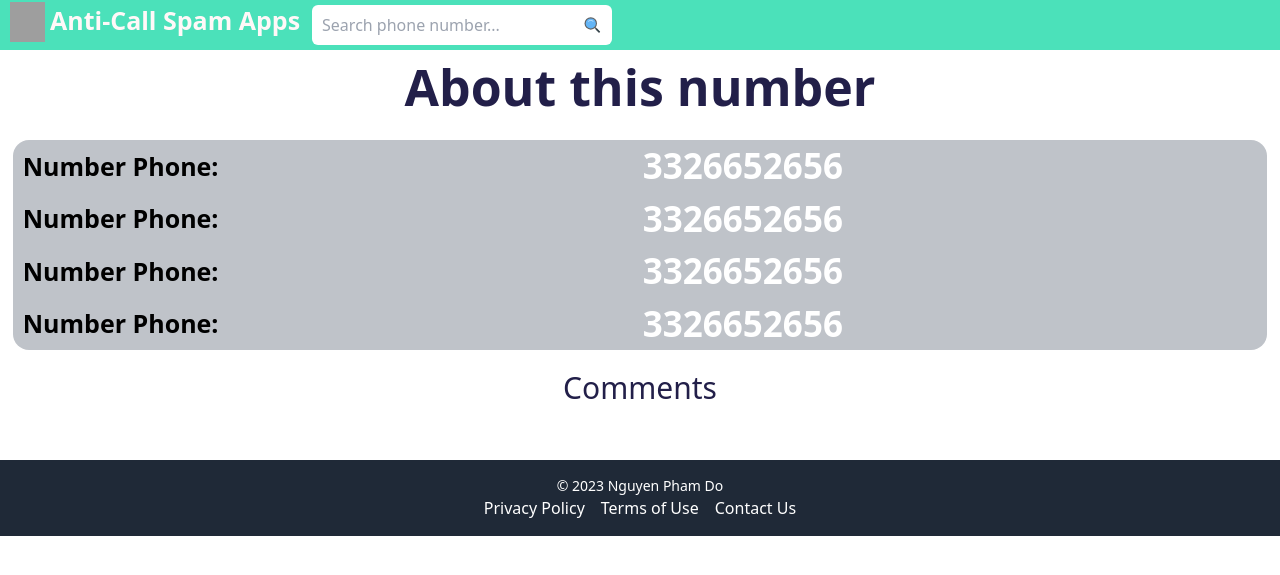
Repository: NPham1402/Web-user-callSpamBlocker
Page: /detail
An editor plug-in stored every save of this project. The page is shown before and after the next save, followed by the edit.
The browser window is 1280 px wide. The pictures show the whole page.
Pictures or frames that could not be fetched are drawn as grey boxes. The page's requests for data from a server got no answer. The project was rebuilt for these pictures with package versions that can differ from the ones it lists, and the page was loaded fresh each time. The framework's server and built-in components were replaced by stand-ins that run in the browser. No one was signed in, and anything a server would have sent is missing. Also part of the build but not shown: next.config.js.

Above is the page before, as saved 2023-02-13 16:08:19.

### pages/detail.js
import axios from "axios";
import Head from "next/head";
import { useRouter } from "next/router";
import React, { useEffect } from "react";
import { FcSearch } from "react-icons/fc";
import MiniCompoent from "./components/miniCompoent";
function detail() {
  const router = useRouter();
  const {
    query: { id },
  } = router;
  useEffect(() => {
    axios.get("");
  }, []);
  return (
    <>
      {" "}
      <Head>
        <title>Check number spam</title>
        <meta name="description" content="Generated by create next app" />
        <meta name="viewport" content="width=device-width, initial-scale=1" />
        <link rel="icon" href="/favicon.ico" />
      </Head>
      <main className="relative">
        <div className="w-100 pl-[10px] pt-[2px] flex flex-row h-[50px] bg-[#4BE1BA]">
          <img
            src="https://static.callblocker.org/img/logo.png"
            className=" w-[35px] h-[40px]"
          />
          <p className="pl-[5px] pt-[6px] leading-none font-Raleway font-bold text-[25px] text-[#FFF8F8] ">
            Anti-Call Spam Apps
          </p>
          <div className="flex flex-row p-[10px] rounded-[6px]  w-[300px] h-[40px] ml-[12px] mt-[3px] bg-white">
            <input
              className="w-full h-full outline-none"
              placeholder="Search phone number..."
            />
            <FcSearch className="text-[20px] cursor-pointer" />
          </div>
        </div>
        <p className=" font-bold text-[50px] text-center text-[#221f49] ">
          About this number
        </p>
        <div className="w-[98%] my-[15px] rounded-[16px]    mx-auto bg-[#bfc3c9]">
          <MiniCompoent
            types="line"
            headerLine="Number Phone:"
            contents="3326652656"
          />
          <MiniCompoent
            types="line"
            headerLine="Number Phone:"
            contents="3326652656"
          />
          <MiniCompoent
            types="line"
            headerLine="Number Phone:"
            contents="3326652656"
          />
          <MiniCompoent
            types="line"
            headerLine="Number Phone:"
            contents="3326652656"
          />
        </div>
        <p className=" font-medium text-[30px] text-center text-[#221f49] ">
          Comments
        </p>
      </main>
      <footer className="bg-gray-800 mt-[50px] text-white py-4">
        <div className="container mx-auto">
          <p className="text-center text-sm">&copy; 2023 Nguyen Pham Do</p>
          <div className="flex justify-center">
            <a href="#" className="text-white mx-2">
              Privacy Policy
            </a>
            <a href="#" className="text-white mx-2">
              Terms of Use
            </a>
            <a href="#" className="text-white mx-2">
              Contact Us
            </a>
          </div>
        </div>
      </footer>
    </>
  );
}

export default detail;

### styles/globals.css
@tailwind base;
@tailwind components;
@tailwind utilities;
@import url('https://fonts.googleapis.com/css2?family=Raleway:ital&display=swap');

### pages/components/miniCompoent.js
import React from "react";

export default function MiniCompoent(props) {
  return props.types == "line" ? (
    <div className="flex flex-row">
      <p className="text-[25px] font-semibold ml-[10px] my-auto align-text-bottom">
        {props.headerLine}
      </p>
      <p className="text-[35px] m-auto font-bold text-[white] ">
        {props.contents}
      </p>
    </div>
  ) : (
    <></>
  );
}

Loaded but not shown: pages/_app.js (common file); pages/_document.js (common file); tailwind.config.js (common file)

After the next save:
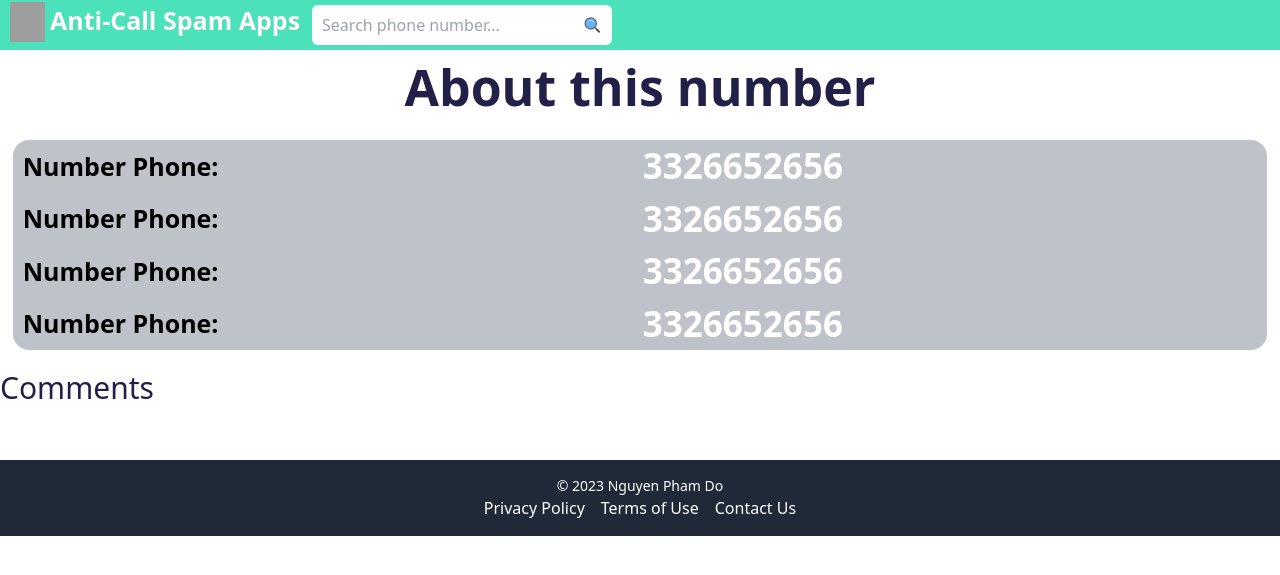
Saved 13 s later.
--- a/pages/detail.js
+++ b/pages/detail.js
@@ -63,7 +63,7 @@ function detail() {
             contents="3326652656"
           />
         </div>
-        <p className=" font-medium text-[30px] text-center text-[#221f49] ">
+        <p className=" font-medium text-[30px] text-left text-[#221f49] ">
           Comments
         </p>
       </main>
